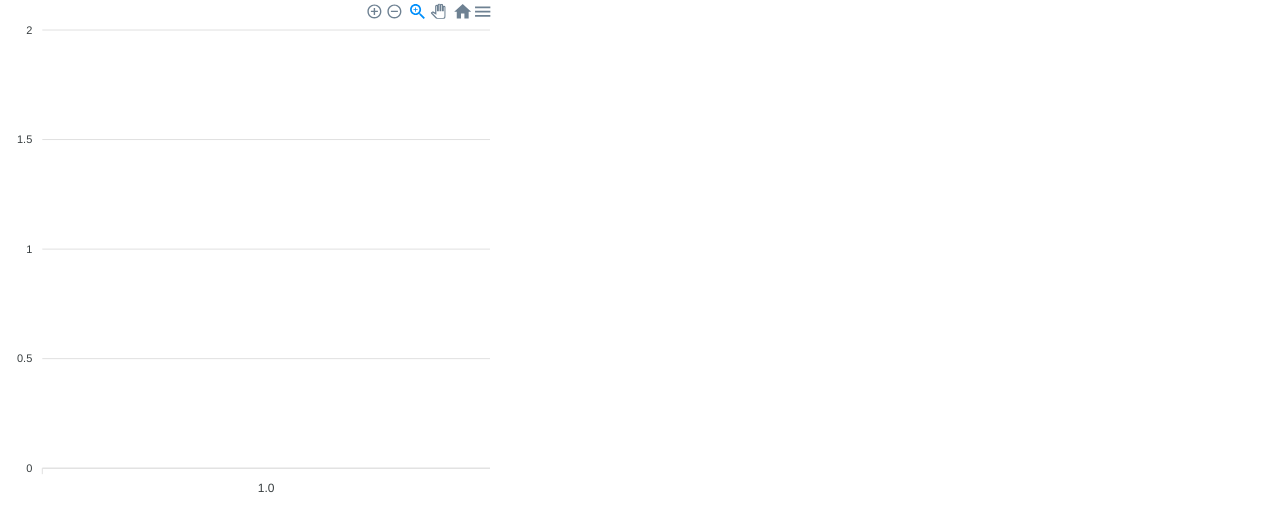
Repository: wanted-pre-onboarding-internship-1team/pre-onboarding-9th-3-1
Page: /
These files come from the project's save history. The page is drawn as it stood at one moment and after the next save; the edit follows.
The browser window is 1280 px wide. The pictures show the whole page.
The project was rebuilt for these pictures with package versions that can differ from the ones it lists, and the page was loaded fresh each time.

Above is the page before, as saved 2023-03-15 00:55:04.

### public/index.html
<!DOCTYPE html>
<html lang="en">
  <head>
    <meta charset="utf-8" />
    <link rel="icon" href="%PUBLIC_URL%/favicon.ico" />
    <meta name="viewport" content="width=device-width, initial-scale=1" />
    <meta name="theme-color" content="#000000" />

    <title>React App</title>
  </head>

  <body>
    <div id="root"></div>
  </body>
</html>

### src/index.tsx
import App from './App';
import './index.css';
import React from 'react';
import ReactDOM from 'react-dom/client';
import { BrowserRouter } from 'react-router-dom';

const root = ReactDOM.createRoot(
  document.getElementById('root') as HTMLElement
);
root.render(
  <BrowserRouter>
    <App />
  </BrowserRouter>
);

### src/App.tsx
import Router from './router/router';
import { createGlobalStyle } from 'styled-components';
import reset from 'styled-reset';

const GlobalStyle = createGlobalStyle`
  ${reset}
`;

function App() {
  return (
    <>
      <GlobalStyle />
      <Router />
    </>
  );
}

export default App;

### src/router/router.tsx
import Mainpage from '../pages/Mainpage';
import React from 'react';
import { Route, Routes } from 'react-router-dom';

export default function router() {
  return (
    <Routes>
      <Route path='/' element={<Mainpage />} />
    </Routes>
  );
}

### src/pages/Mainpage.tsx
import { api } from '../apis';
import { GetMockResponse } from '../apis/types/mock';
import useMockList from '../hooks/useMockList';
import axios from 'axios';
import React, { useEffect, useState } from 'react';
import ApexCharts from 'react-apexcharts';

export default function Mainpage() {
  const test = useMockList();
  console.log(test);
  return (
    <div>
      <ApexCharts
        type='line'
        height='500'
        width='500'
        series={[
          {
            name: 'test',
            data: [
              { x: 1, y: 1, tooltip: 1 },
              { x: 1, y: 1, tooltip: 1 },
              { x: 1, y: 1, tooltip: 1 },
              { x: 1, y: 1, tooltip: 1 },
            ],
          },
        ]}
        options={{
          xaxis: {
            type: 'numeric',
          },
        }}
      />
      {/* <ApexCharts
        height='500'
        width='1000'
        series={[
          {
            name: 'bar',
            type: 'column',
            data: [...test.barValueList.map(item => ({ y: 1 }))],
          },
          {
            name: 'area',
            type: 'area',
            data: test.areaValueList,
          },
        ]}
        options={{
          dataLabels: {
            enabled: false,
          },

          yaxis: [
            {
              seriesName: 'bar',
              axisTicks: {
                show: true,
              },
              axisBorder: {
                show: true,
              },
              title: {
                text: 'area1',
              },
            },
            {
              opposite: true,
              seriesName: 'area',
              axisTicks: {
                show: true,
              },
              axisBorder: {
                show: true,
              },
              title: {
                text: 'barList',
              },
            },
            {
              seriesName: 'id',
              show: false,
            },
          ],
          xaxis: {
            categories: test.timeList,
          },
          colors: ['#99C2A2', '#66C7F4', '#caa137'],
        }}
      /> */}
    </div>
  );
}

{
  /* <div>
<ApexCharts
  height='500'
  width='1000'
  series={[
    {
      name: 'TEAM A',
      type: 'column',
      data: test.areaValueList,
    },
  ]}
  options={{
    grid: {
      row: {
        colors: ['#f3f3f3', 'transparent'],
        opacity: 0.5,
      },
    },
    stroke: {
      width: [0, 2, 5],
      curve: 'smooth',
    },

    xaxis: {
      categories: test.timeList,
    },
    colors: ['red', 'blue'],
  }}
/>
</div> */
}

### src/hooks/useMockList.ts
import { api } from '../apis';
import { GetMockResponse } from '../apis/types/mock';
import { useEffect, useState } from 'react';

export default function useMockList() {
  const [originData, setOriginData] = useState<GetMockResponse['response']>();

  const dateList = originData ? Object.keys(originData) : [];

  const timeList = originData
    ? Object.keys(originData).map(time => time.split(' ')[1])
    : [];

  const idList = originData
    ? Object.entries(originData).map(entry => entry[1].id)
    : [];

  const barValueList = originData
    ? Object.entries(originData).map(entry => entry[1].value_bar)
    : [];

  const areaValueList = originData
    ? Object.entries(originData).map(entry => entry[1].value_area)
    : [];

  useEffect(() => {
    api.mock.getMockDatas().then(res => {
      const { data } = res;
      setOriginData(data.response);
    });
  }, []);

  return { timeList, dateList, idList, barValueList, areaValueList };
}

### src/apis/index.ts
import { instance } from './instance';
import MockService from './mockService';

const mockService = new MockService(instance);

export const api = { mock: mockService };

### src/apis/instance.ts
import axios, { AxiosInstance, AxiosRequestConfig, AxiosResponse } from 'axios';

interface CustomInstance extends AxiosInstance {
  get<T = unknown, R = AxiosResponse<T>, D = unknown>(
    url: string,
    config?: AxiosRequestConfig<D>
  ): Promise<R>;
}

const instance: CustomInstance = axios.create({
  baseURL: '/',
});

export { instance };

### src/apis/mockService.ts
import { instance } from './instance';
import { GetMockResponse } from './types/mock';

export default class MockService {
  constructor(private api: typeof instance) {}
  getMockDatas = async () => this.api.get<GetMockResponse>('data/mock.json');
}

### public/data/mock.json
{
  "type": "Flexsys Mock API",
  "version": 1.0,
  "response": {
    "2023-02-01 14:32:00": {
      "id": "성북구",
      "value_area": 46,
      "value_bar": 13111
    },
    "2023-02-01 14:32:05": {
      "id": "강남구",
      "value_area": 9,
      "value_bar": 19143
    },
    "2023-02-01 14:32:10": {
      "id": "노원구",
      "value_area": 79,
      "value_bar": 14798
    },
    "2023-02-01 14:32:15": {
      "id": "중랑구",
      "value_area": 4,
      "value_bar": 14456
    },
    "2023-02-01 14:32:20": {
      "id": "노원구",
      "value_area": 97,
      "value_bar": 19116
    },
    "2023-02-01 14:32:25": {
      "id": "성북구",
      "value_area": 66,
      "value_bar": 18098
    },
    "2023-02-01 14:32:30": {
      "id": "중랑구",
      "value_area": 84,
      "value_bar": 16243
    },
    "2023-02-01 14:32:35": {
      "id": "강남구",
      "value_area": 5,
      "value_bar": 13100
    },
    "2023-02-01 14:32:40": {
      "id": "성북구",
      "value_area": 13,
      "value_bar": 19429
    },
    "2023-02-01 14:32:45": {
      "id": "노원구",
      "value_area": 50,
      "value_bar": 14923
    },
    "2023-02-01 14:32:50": {
      "id": "강남구",
      "value_area": 24,
      "value_bar": 10127
    },
    "2023-02-01 14:32:55": {
      "id": "강남구",
      "value_area": 98,
      "value_bar": 12583
    },
    "2023-02-01 14:33:00": {
      "id": "중랑구",
      "value_area": 7,
      "value_bar": 12310
    },
    "2023-02-01 14:33:05": {
      "id": "중랑구",
      "value_area": 21,
      "value_bar": 15764
    },
    "2023-02-01 14:33:10": {
      "id": "강남구",
      "value_area": 67,
      "value_bar": 11060
    },
    "2023-02-01 14:33:15": {
      "id": "강남구",
      "value_area": 69,
      "value_bar": 14857
    },
    "2023-02-01 14:33:20": {
      "id": "노원구",
      "value_area": 86,
      "value_bar": 13995
    },
    "2023-02-01 14:33:25": {
      "id": "중랑구",
      "value_area": 59,
      "value_bar": 14773
    },
    "2023-02-01 14:33:30": {
      "id": "노원구",
      "value_area": 77,
      "value_bar": 18347
    },
    "2023-02-01 14:33:35": {
      "id": "성북구",
      "value_area": 77,
      "value_bar": 15970
    },
    "2023-02-01 14:33:40": {
      "id": "성북구",
      "value_area": 27,
      "value_bar": 18577
    },
    "2023-02-01 14:33:45": {
      "id": "성북구",
      "value_area": 33,
      "value_bar": 11704
    },
    "2023-02-01 14:33:50": {
      "id": "성북구",
      "value_area": 17,
      "value_bar": 17241
    },
    "2023-02-01 14:33:55": {
      "id": "노원구",
      "value_area": 22,
      "value_bar": 14450
    },
    "2023-02-01 14:34:00": {
      "id": "중랑구",
      "value_area": 27,
      "value_bar": 14970
    },
    "2023-02-01 14:34:05": {
      "id": "중랑구",
      "value_area": 99,
      "value_bar": 17906
    },
    "2023-02-01 14:34:10": {
      "id": "강남구",
      "value_area": 65,
      "value_bar": 11233
    },
    "2023-02-01 14:34:15": {
      "id": "노원구",
      "value_area": 38,
      "value_bar": 17306
    },
    "2023-02-01 14:34:20": {
      "id": "성북구",
      "value_area": 63,
      "value_bar": 14577
    },
    "2023-02-01 14:34:25": {
      "id": "중랑구",
      "value_area": 58,
      "value_bar": 13199
    },
    "2023-02-01 14:34:30": {
      "id": "중랑구",
      "value_area": 93,
      "value_bar": 12707
    },
    "2023-02-01 14:34:35": {
      "id": "강남구",
      "value_area": 74,
      "value_bar": 15064
    },
    "2023-02-01 14:34:40": {
      "id": "강남구",
      "value_area": 45,
      "value_bar": 16300
    },
    "2023-02-01 14:34:45": {
      "id": "성북구",
      "value_area": 7,
      "value_bar": 14605
    },
    "2023-02-01 14:34:50": {
      "id": "노원구",
      "value_area": 7,
      "value_bar": 15210
    },
    "2023-02-01 14:34:55": {
      "id": "성북구",
      "value_area": 89,
      "value_bar": 13578
    },
    "2023-02-01 14:35:00": {
      "id": "중랑구",
      "value_area": 37,
      "value_bar": 11298
    },
    "2023-02-01 14:35:05": {
      "id": "노원구",
      "value_area": 82,
      "value_bar": 15686
    },
    "2023-02-01 14:35:10": {
      "id": "중랑구",
      "value_area": 19,
      "value_bar": 11485
    },
    "2023-02-01 14:35:15": {
      "id": "성북구",
      "value_area": 37,
      "value_bar": 16848
    },
    "2023-02-01 14:35:20": {
      "id": "성북구",
      "value_area": 91,
      "value_bar": 18670
    },
    "2023-02-01 14:35:25": {
      "id": "강남구",
      "value_area": 44,
      "value_bar": 17165
    },
    "2023-02-01 14:35:30": {
      "id": "성북구",
      "value_area": 88,
      "value_bar": 15053
    },
    "2023-02-01 14:35:35": {
      "id": "성북구",
      "value_area": 1,
      "value_bar": 14998
    },
    "2023-02-01 14:35:40": {
      "id": "강남구",
      "value_area": 7,
      "value_bar": 17739
    },
    "2023-02-01 14:35:45": {
      "id": "중랑구",
      "value_area": 17,
      "value_bar": 19212
    },
    "2023-02-01 14:35:50": {
      "id": "노원구",
      "value_area": 73,
      "value_bar": 16757
    },
    "2023-02-01 14:35:55": {
      "id": "노원구",
      "value_area": 24,
      "value_bar": 12864
    },
    "2023-02-01 14:36:00": {
      "id": "노원구",
      "value_area": 99,
      "value_bar": 10178
    },
    "2023-02-01 14:36:05": {
      "id": "성북구",
      "value_area": 13,
      "value_bar": 19425
    },
    "2023-02-01 14:36:10": {
      "id": "강남구",
      "value_area": 2,
      "value_bar": 12455
    },
    "2023-02-01 14:36:15": {
      "id": "노원구",
      "value_area": 91,
      "value_bar": 16945
    },
    "2023-02-01 14:36:20": {
      "id": "성북구",
      "value_area": 10,
      "value_bar": 13734
    },
    "2023-02-01 14:36:25": {
      "id": "성북구",
      "value_area": 14,
      "value_bar": 13894
    },
    "2023-02-01 14:36:30": {
      "id": "중랑구",
      "value_area": 82,
      "value_bar": 19367
    },
    "2023-02-01 14:36:35": {
      "id": "중랑구",
      "value_area": 71,
      "value_bar": 15492
    },
    "2023-02-01 14:36:40": {
      "id": "강남구",
      "value_area": 2,
      "value_bar": 19082
    },
    "2023-02-01 14:36:45": {
      "id": "노원구",
      "value_area": 24,
      "value_bar": 13117
    },
    "2023-02-01 14:36:50": {
      "id": "노원구",
      "value_area": 96,
      "value_bar": 15744
    },
    "2023-02-01 14:36:55": {
      "id": "성북구",
      "value_area": 74,
      "value_bar": 15609
    },
    "2023-02-01 14:37:00": {
      "id": "노원구",
      "value_area": 48,
      "value_bar": 14747
    },
    "2023-02-01 14:37:05": {
      "id": "중랑구",
      "value_area": 34,
      "value_bar": 15331
    },
    "2023-02-01 14:37:10": {
      "id": "노원구",
      "value_area": 73,
      "value_bar": 12292
    },
    "2023-02-01 14:37:15": {
      "id": "강남구",
      "value_area": 77,
      "value_bar": 11454
    },
    "2023-02-01 14:37:20": {
      "id": "강남구",
      "value_area": 94,
      "value_bar": 12972
    },
    "2023-02-01 14:37:25": {
      "id": "성북구",
      "value_area": 29,
      "value_bar": 19279
    },
    "2023-02-01 14:37:30": {
      "id": "노원구",
      "value_area": 73,
      "value_bar": 18371
    },
    "2023-02-01 14:37:35": {
      "id": "노원구",
      "value_area": 50,
      "value_bar": 13317
    },
    "2023-02-01 14:37:40": {
      "id": "강남구",
      "value_area": 65,
      "value_bar": 18504
    },
    "2023-02-01 14:37:45": {
      "id": "성북구",
      "value_area": 87,
      "value_bar": 16196
    },
    "2023-02-01 14:37:50": {
      "id": "강남구",
      "value_area": 14,
      "value_bar": 19701
    },
    "2023-02-01 14:37:55": {
      "id": "중랑구",
      "value_area": 80,
      "value_bar": 14836
    },
    "2023-02-01 14:38:00": {
      "id": "노원구",
      "value_area": 14,
      "value_bar": 13074
    },
    "2023-02-01 14:38:05": {
      "id": "성북구",
      "value_area": 25,
      "value_bar": 18335
    },
    "2023-02-01 14:38:10": {
      "id": "중랑구",
      "value_area": 22,
      "value_bar": 15022
    },
    "2023-02-01 14:38:15": {
      "id": "노원구",
      "value_area": 6,
      "value_bar": 12043
    },
    "2023-02-01 14:38:20": {
      "id": "중랑구",
      "value_area": 88,
      "value_bar": 11144
    },
    "2023-02-01 14:38:25": {
      "id": "강남구",
      "value_area": 1,
      "value_bar": 17518
    },
    "2023-02-01 14:38:30": {
      "id": "노원구",
      "value_area": 90,
      "value_bar": 18643
    },
    "2023-02-01 14:38:35": {
      "id": "성북구",
      "value_area": 98,
      "value_bar": 18318
    },
    "2023-02-01 14:38:40": {
      "id": "중랑구",
      "value_area": 4,
      "value_bar": 10746
    },
    "2023-02-01 14:38:45": {
      "id": "강남구",
      "value_area": 43,
      "value_bar": 18806
    },
    "2023-02-01 14:38:50": {
      "id": "중랑구",
      "value_area": 43,
      "value_bar": 16209
    },
    "2023-02-01 14:38:55": {
      "id": "강남구",
      "value_area": 91,
      "value_bar": 14273
    },
    "2023-02-01 14:39:00": {
      "id": "성북구",
      "value_area": 31,
      "value_bar": 19193
    },
    "2023-02-01 14:39:05": {
      "id": "성북구",
      "value_area": 92,
      "value_bar": 19661
    },
    "2023-02-01 14:39:10": {
      "id": "노원구",
      "value_area": 20,
      "value_bar": 19574
    },
    "2023-02-01 14:39:15": {
      "id": "중랑구",
      "value_area": 72,
      "value_bar": 18963
    },
    "2023-02-01 14:39:20": {
      "id": "강남구",
      "value_area": 15,
      "value_bar": 13083
    },
    "2023-02-01 14:39:25": {
      "id": "성북구",
      "value_area": 34,
      "value_bar": 12868
    },
    "2023-02-01 14:39:30": {
      "id": "강남구",
      "value_area": 44,
      "value_bar": 10836
    },
    "2023-02-01 14:39:35": {
      "id": "중랑구",
      "value_area": 13,
      "value_bar": 14255
    },
    "2023-02-01 14:39:40": {
      "id": "노원구",
      "value_area": 35,
      "value_bar": 15437
    },
    "2023-02-01 14:39:45": {
      "id": "중랑구",
      "value_area": 95,
      "value_bar": 18426
    },
    "2023-02-01 14:39:50": {
      "id": "강남구",
      "value_area": 61,
      "value_bar": 11387
    },
    "2023-02-01 14:39:55": {
      "id": "성북구",
      "value_area": 18,
      "value_bar": 14312
    },
    "2023-02-01 14:40:00": {
      "id": "성북구",
      "value_area": 18,
      "value_bar": 18700
    },
    "2023-02-01 14:40:05": {
      "id": "중랑구",
      "value_area": 92,
      "value_bar": 18053
    },
    "2023-02-01 14:40:10": {
      "id": "강남구",
      "value_area": 75,
      "value_bar": 13460
    },
    "2023-02-01 14:40:15": {
      "id": "성북구",
      "value_area": 15,
      "value_bar": 14829
    }
  }
}

Loaded but not shown: src/index.css (common file)

After the next save:
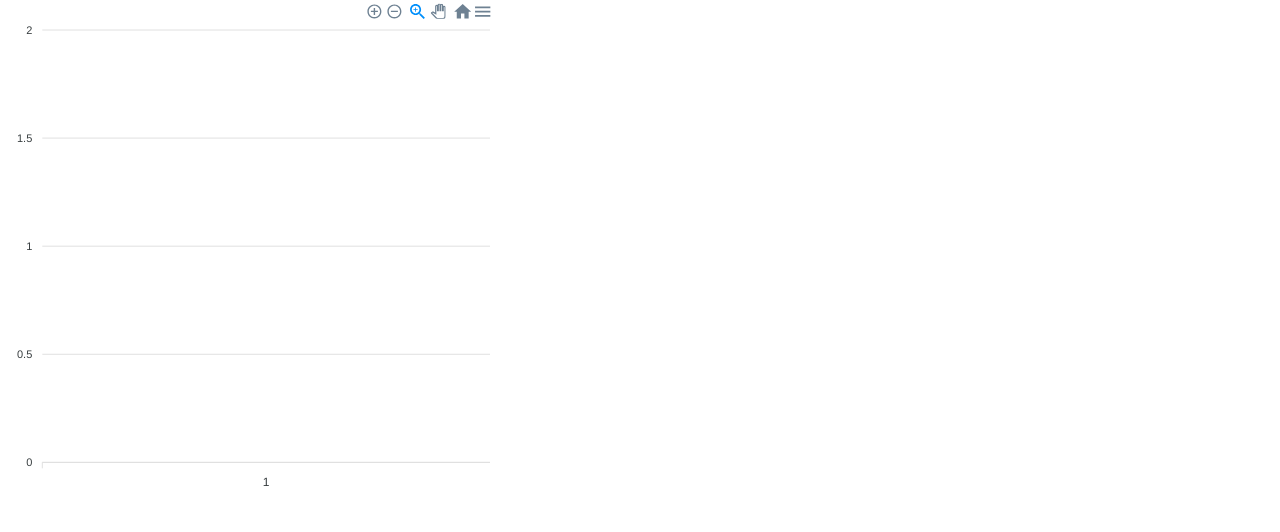
Saved 23 min 16 s later.
--- a/src/pages/Mainpage.tsx
+++ b/src/pages/Mainpage.tsx
@@ -27,7 +27,7 @@ export default function Mainpage() {
         ]}
         options={{
           xaxis: {
-            type: 'numeric',
+            type: 'category',
           },
         }}
       />
